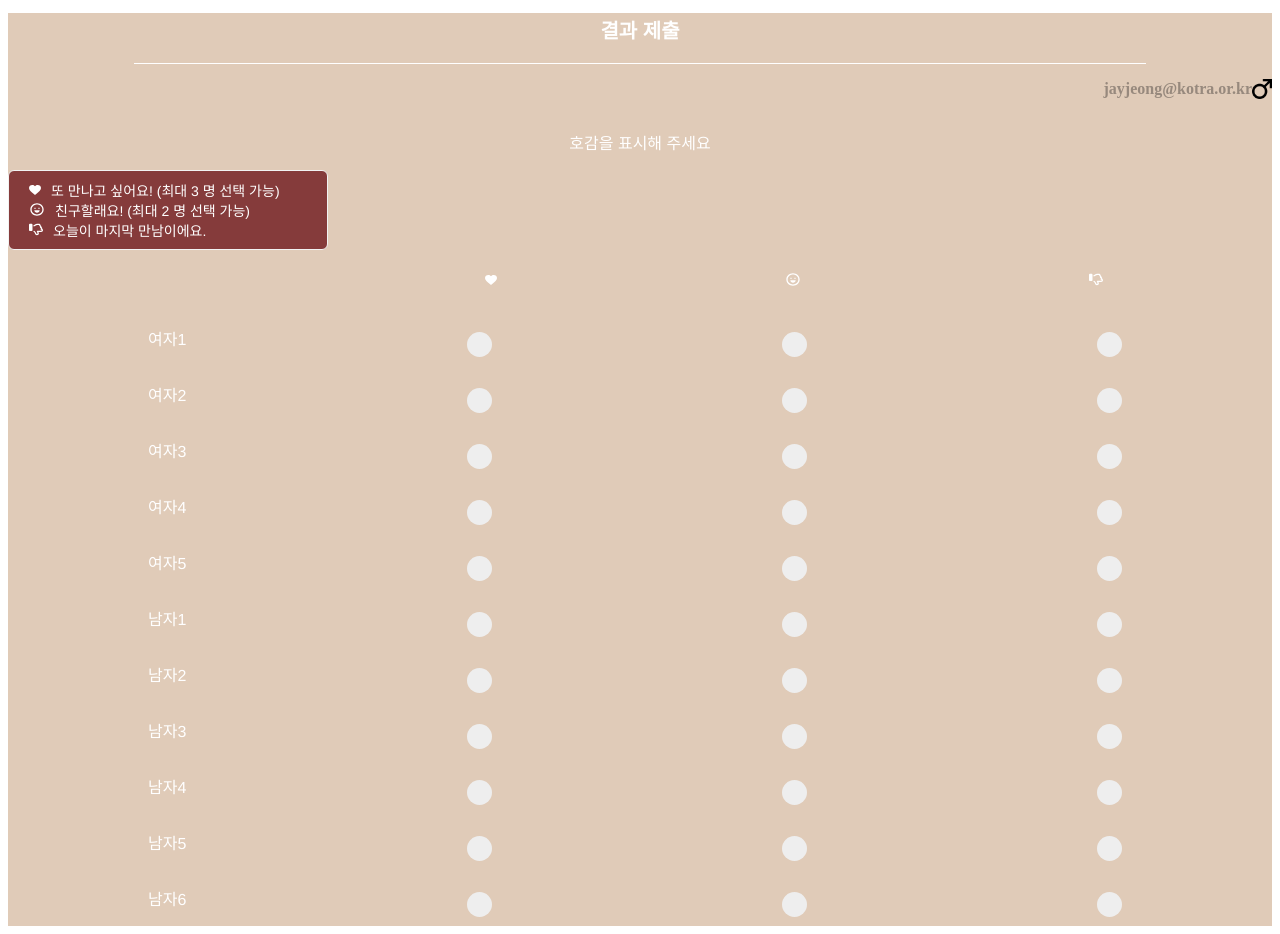
Repository: Jay-Jeong1988/speed_dating_pwa
Page: /submit_result
An editor plug-in stored every save of this project. The page is shown before and after the next save, followed by the edit.
The browser window is 1280 px wide. The pictures show the whole page.
The project was rebuilt for these pictures with package versions that can differ from the ones it lists, and the page was loaded fresh each time. Also part of the build but not shown: vue.config.js, src/views/LoginPage.vue, src/views/DashBoard.vue, src/components/no_reservation_card.vue, src/views/BookedEventsPage.vue.

Above is the page before, as saved 2023-02-12 22:46:55.

After the next save:
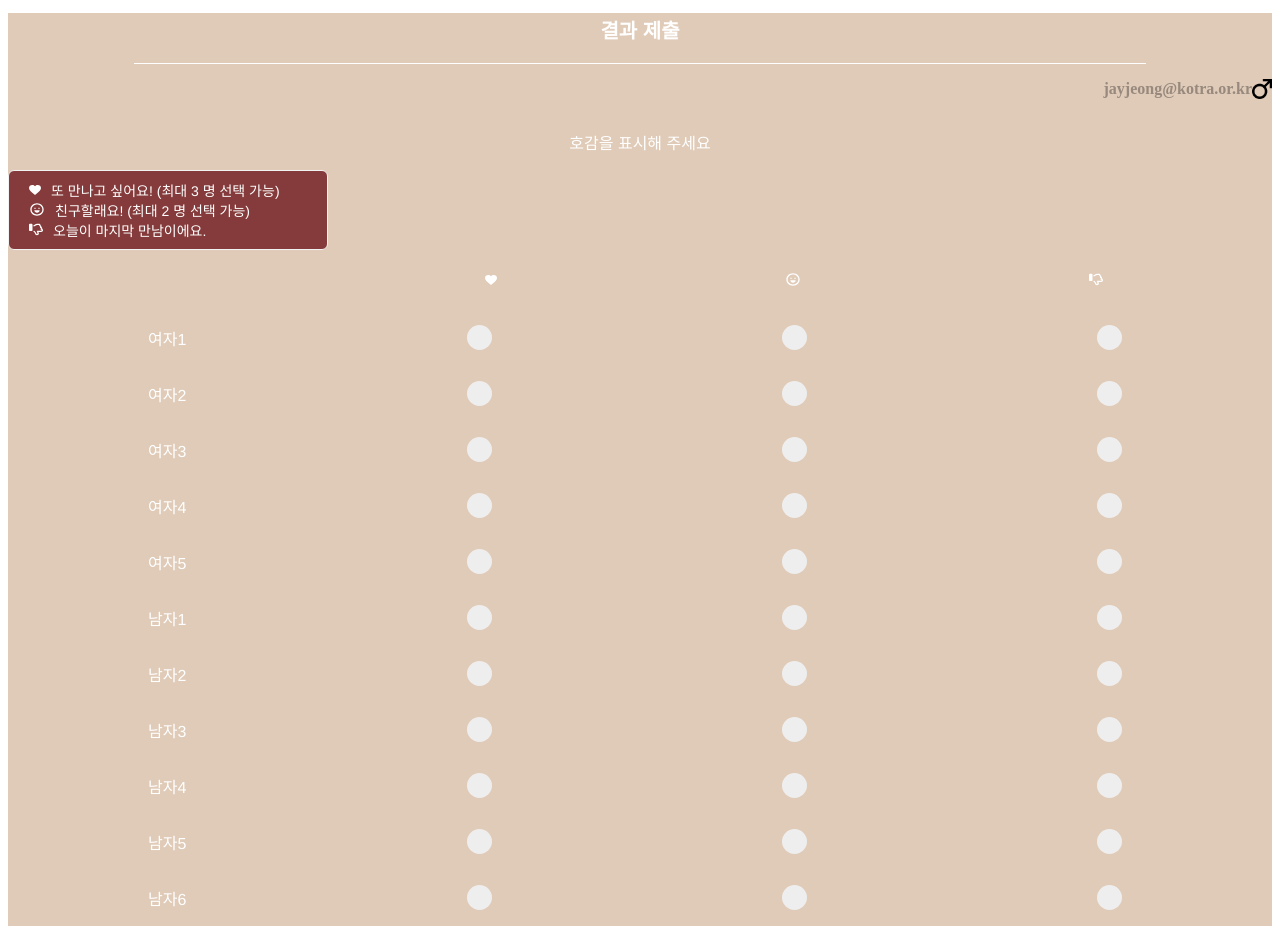
Saved 107 s later.
--- a/src/views/SubmitResultPage.vue
+++ b/src/views/SubmitResultPage.vue
@@ -145,7 +145,7 @@ export default {
   display: block;
   position: relative;
   padding-left: 35px;
-  margin-bottom: 12px;
+  margin-bottom: 25px;
   cursor: pointer;
   font-size: 22px;
   -webkit-user-select: none;
